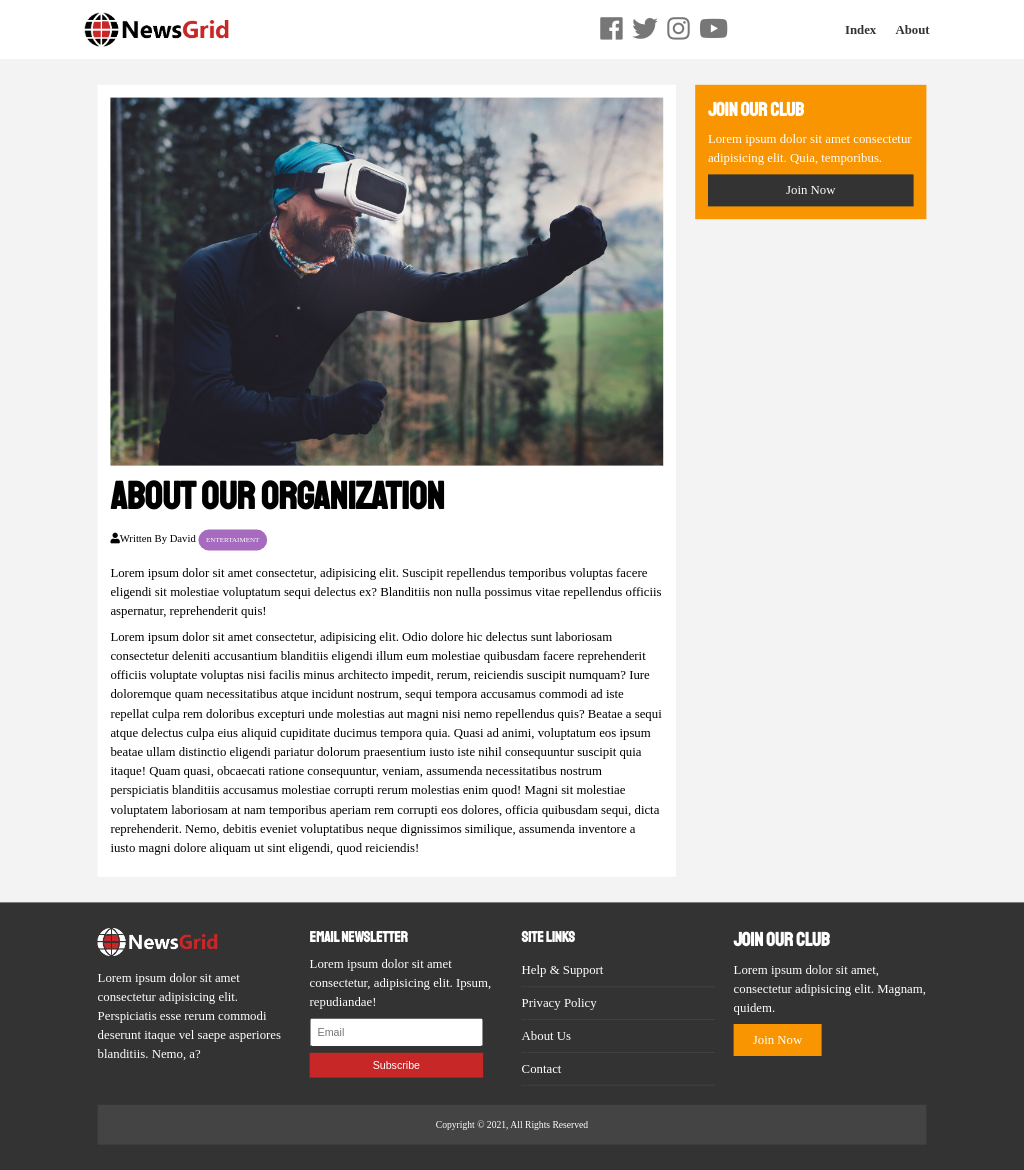
Repository: minhtien9/newsgrid
Page: article.html
An editor plug-in stored every save of this project. The page is shown before and after the next save, followed by the edit.
The browser window is 1280 px wide. The pictures show the whole page, at 80% of full size.
Some web libraries are served in a nearby version.

Above is the page before, as saved 2021-08-26 12:11:04.

After the next save:
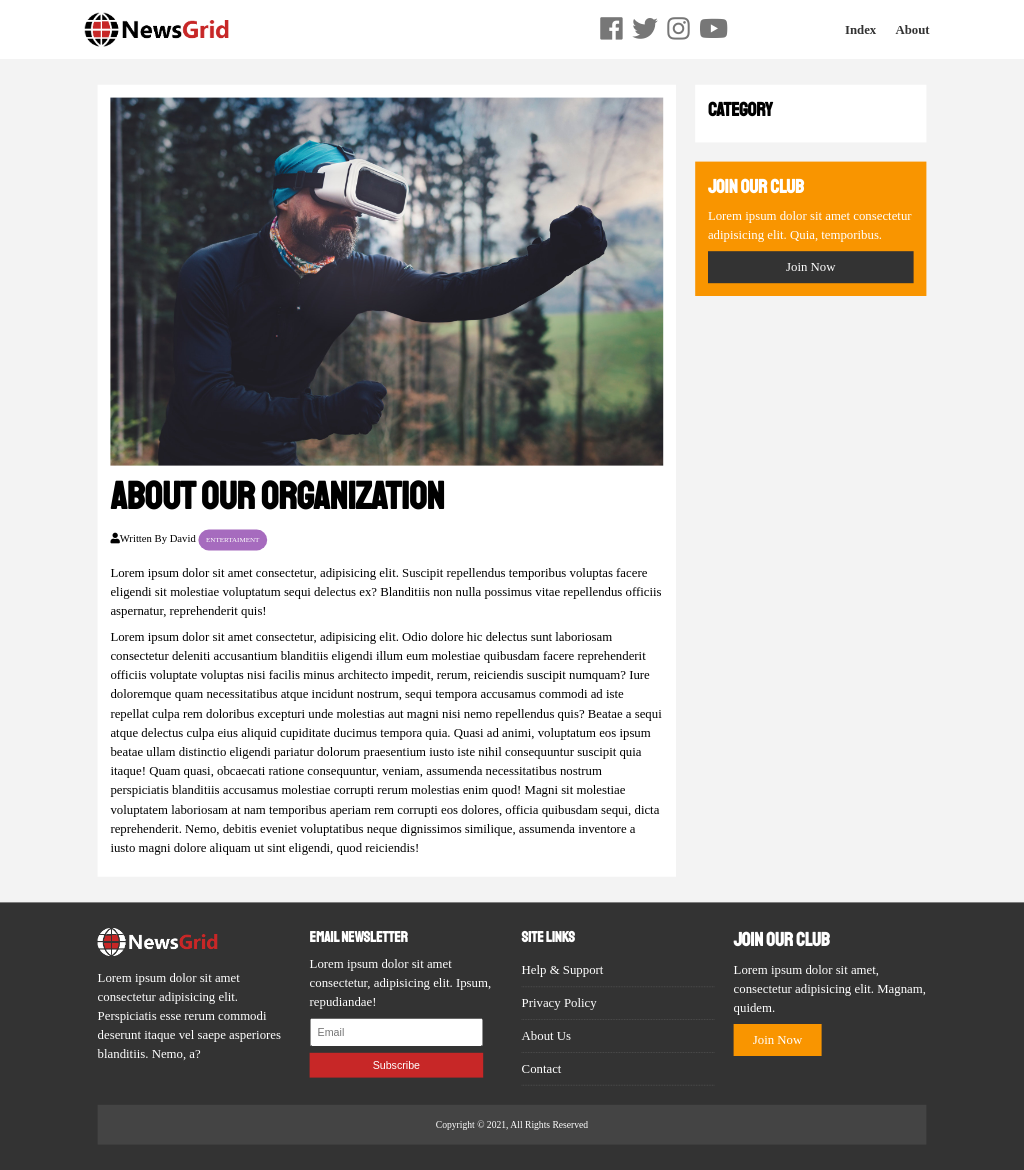
Saved 32 s later.
--- a/article.html
+++ b/article.html
@@ -87,6 +87,10 @@
               dolore aliquam ut sint eligendi, quod reiciendis!
             </p>
           </article>
+
+          <aside id="categories" class="card">
+           <h2>Category</h2>
+          </aside>
           <aside class="card bg-secondary">
             <h2>Join Our Club</h2>
             <p>
